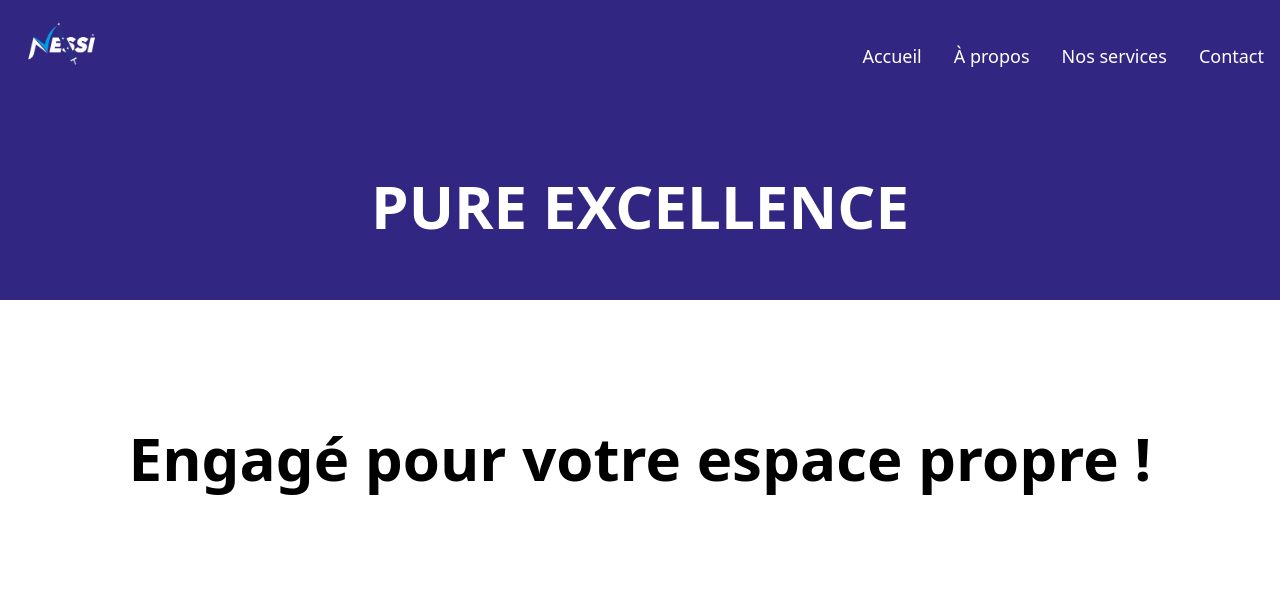
Repository: MDiouf9/Nessi
Page: /About
An editor plug-in stored every save of this project. The page is shown before and after a run of saves, followed by the edit.
The browser window is 1280 px wide. The pictures show the whole page.
The project was rebuilt for these pictures with package versions that can differ from the ones it lists, and the page was loaded fresh each time. Also part of the build but not shown: vite.config.js, src/Global.css, src/App.css, src/components/Footer.jsx, src/Pages/Home.jsx, src/Pages/NotFound.jsx, src/components/Countries.jsx, src/Pages/Services.jsx and 1 more.

Above is the page before, as saved 2025-03-10 17:54:17.

### src/main.jsx
import { StrictMode } from 'react'
import { createRoot } from 'react-dom/client'
import './index.css'
import './Global.css'
import App from './App.jsx'

createRoot(document.getElementById('root')).render(
  <StrictMode>
    <App />
  </StrictMode>,
)

### src/index.css
@tailwind base;
@tailwind components;
@tailwind utilities;
























/* :root {
  font-family: Inter, system-ui, Avenir, Helvetica, Arial, sans-serif;
  line-height: 1.5;
  font-weight: 400;

  color-scheme: light dark;
  color: rgba(255, 255, 255, 0.87);
  background-color: #242424;

  font-synthesis: none;
  text-rendering: optimizeLegibility;
  -webkit-font-smoothing: antialiased;
  -moz-osx-font-smoothing: grayscale;
}

a {
  font-weight: 500;
  color: #646cff;
  text-decoration: inherit;
}
a:hover {
  color: #535bf2;
}

body {
  margin: 0;
  display: flex;
  place-items: center;
  min-width: 320px;
  min-height: 100vh;
}

h1 {
  font-size: 3.2em;
  line-height: 1.1;
}

button {
  border-radius: 8px;
  border: 1px solid transparent;
  padding: 0.6em 1.2em;
  font-size: 1em;
  font-weight: 500;
  font-family: inherit;
  background-color: #1a1a1a;
  cursor: pointer;
  transition: border-color 0.25s;
}
button:hover {
  border-color: #646cff;
}
button:focus,
button:focus-visible {
  outline: 4px auto -webkit-focus-ring-color;
}

@media (prefers-color-scheme: light) {
  :root {
    color: #213547;
    background-color: #ffffff;
  }
  a:hover {
    color: #747bff;
  }
  button {
    background-color: #f9f9f9;
  }
} */

### src/App.jsx

import { BrowserRouter , Routes, Route  } from "react-router-dom"
// import reactLogo from './assets/react.svg'
// import viteLogo from '/vite.svg'
import './App.css'
import Home from './Pages/Home'
import NotFound from './Pages/NotFound'
import About from './Pages/About'
import Countries from './components/Countries'
import Services from './Pages/Services'
import Contact from './Pages/Contact'


function App() {

  return (
    <>
     <BrowserRouter>
      <Routes>
        <Route path="/"  element={<Home />} />
        <Route path='/About' element={<About/>} />
        <Route path='/Services' element={<Services/>} />
        <Route path='/Contact' element={<Contact/>} />
        <Route path='/Countries' element={<Countries/>} />
        <Route path='*' element={<NotFound/>} />
      </Routes>
    </BrowserRouter>

    </>
  )
}

export default App

### src/Pages/About.jsx

import Header from '../components/Header'


const About = () => {
  return (
    <div>

        <Header/>
        <section className="bg-[#312783] text-white py-16 flex justify-center items-center">
      <h1 className="text-4xl md:text-6xl font-bold">PURE EXCELLENCE</h1>
    </section>
    <section className=" text-white py-16 flex justify-center items-center">
      <h1 className="text-4xl md:text-6xl font-bold"> <section className=" text-black py-16 flex justify-center items-center">
      <h1 className="text-4xl md:text-6xl font-bold">Engagé pour votre espace propre !</h1>
    </section></h1>
    </section>


    </div>
  )
}

export default About

### src/components/Header.jsx
import  { useState } from "react";
import { Link } from "react-router-dom";
import logo from "../assets/logo1.png";

const navLinks = [
  { name: "Accueil", path: "/" },
  { name: "À propos", path: "/about" },
  { name: "Nos services", path: "/services" },
  { name: "Contact", path: "/contact" }
];

const Header = () => {
  const [isMenuOpen, setIsMenuOpen] = useState(false); // État pour gérer l'ouverture du menu mobile

  return (
    <header className="bg-[#312783] text-white p-4 shadow-lg">
      <div className="container mx-auto flex justify-between items-center">
        {/* Logo */}
        <img src={logo} alt="Logo" className="h-20" />

        {/* Menu burger pour mobile */}
        <button
          className="lg:hidden text-white text-2xl"
          onClick={() => setIsMenuOpen(!isMenuOpen)}
          aria-label="Toggle Menu"
        >
          {isMenuOpen ? (
            <span>&#10005;</span>  // Croix de fermeture du menu
          ) : (
            <span>&#9776;</span>  // Icône hamburger
          )}
        </button>

        {/* Navigation */}
        <nav className={`lg:flex ${isMenuOpen ? "block" : "hidden"} lg:bg-transparent bg-[#312783]`}>
          <ul className="lg:flex lg:space-x-8 flex-col lg:flex-row space-y-4 lg:space-y-0 p-6 lg:p-0">
            {navLinks.map((link, index) => (
              <li key={index} className="relative">
                <Link
                  to={link.path}
                  className="hover:text-gray-300 text-lg transition-colors duration-300 ease-in-out"
                >
                  {link.name}
                </Link>
                {/* Ajouter une barre sous le lien actif */}
              </li>
            ))}
          </ul>
        </nav>
      </div>


    </header>
  );
};

export default Header;

Loaded but not shown: index.html (common file); tailwind.config.js (common file)

After the next 2 saves:
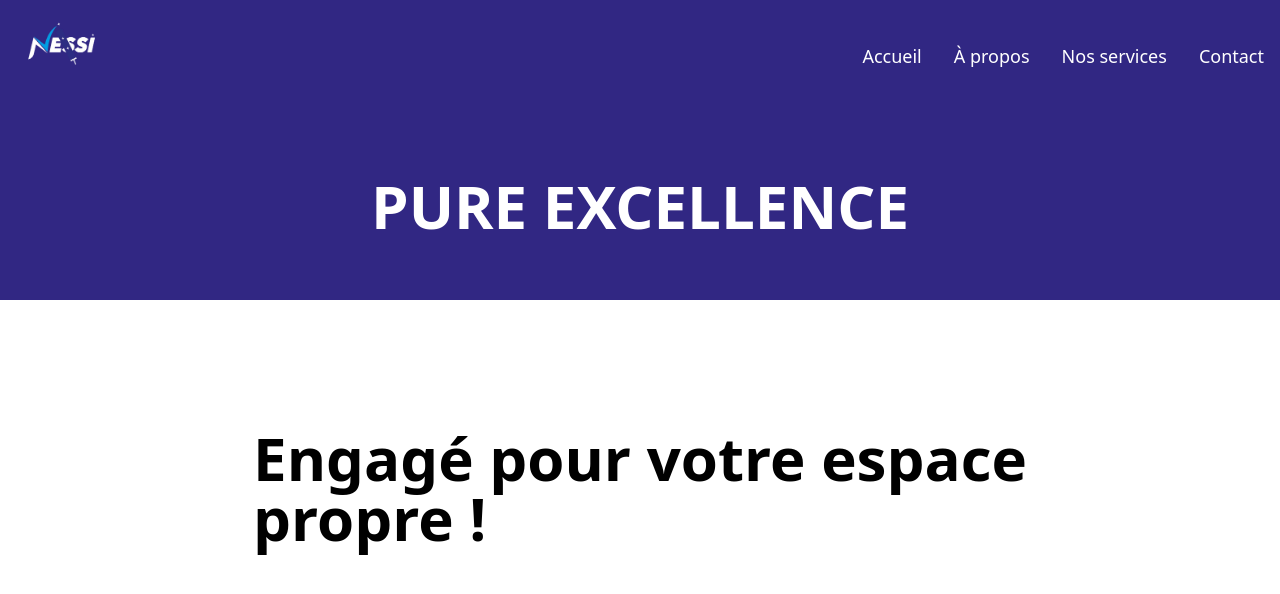
The 2 saves are shown as one change because they came seconds apart.
The last was saved 30 s later.
--- a/src/Pages/About.jsx
+++ b/src/Pages/About.jsx
@@ -12,7 +12,7 @@ const About = () => {
     </section>
     <section className=" text-white py-16 flex justify-center items-center">
       <h1 className="text-4xl md:text-6xl font-bold"> <section className=" text-black py-16 flex justify-center items-center">
-      <h1 className="text-4xl md:text-6xl font-bold">Engagé pour votre espace propre !</h1>
+      <h1 className="text-4xl md:text-6xl font-bold">Engagé pour votre espace <br /> propre !</h1>
     </section></h1>
     </section>
 
